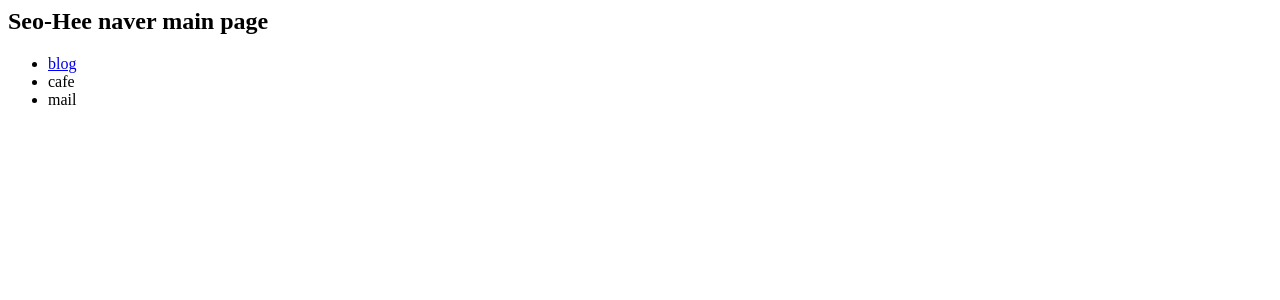
Repository: kimyukyeong1023/spring-class-content
Page: Day57_20260812_2/src/main/resources/static/index.html
These files come from the project's save history. The page is drawn as it stood at one moment and after the next save; the edit follows.
The browser window is 1280 px wide. The pictures show the whole page.

Above is the page before, as saved 2026-08-12 07:29:48.

### Day57_20260812_2/src/main/resources/static/index.html
<html>
<head></head>
<body>
	<h2>Seo-Hee naver main page</h2>

	<header>
		<ul>
			<li><a href="/blog">blog</a></li>
			<li>cafe</li>
			<li>mail</li>
		</ul>
	</header>
</body>
</html>

After the next save:
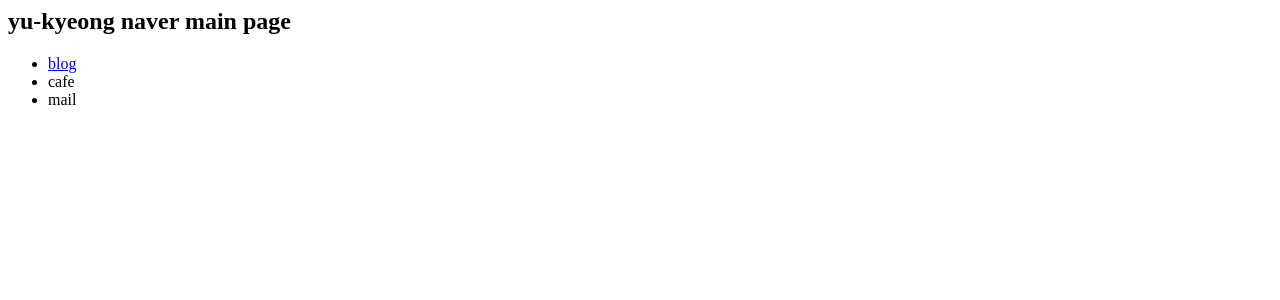
Saved 21 s later.
--- a/Day57_20260812_2/src/main/resources/static/index.html
+++ b/Day57_20260812_2/src/main/resources/static/index.html
@@ -1,7 +1,7 @@
 <html>
 <head></head>
 <body>
-	<h2>Seo-Hee naver main page</h2>
+	<h2>yu-kyeong naver main page</h2>
 
 	<header>
 		<ul>
